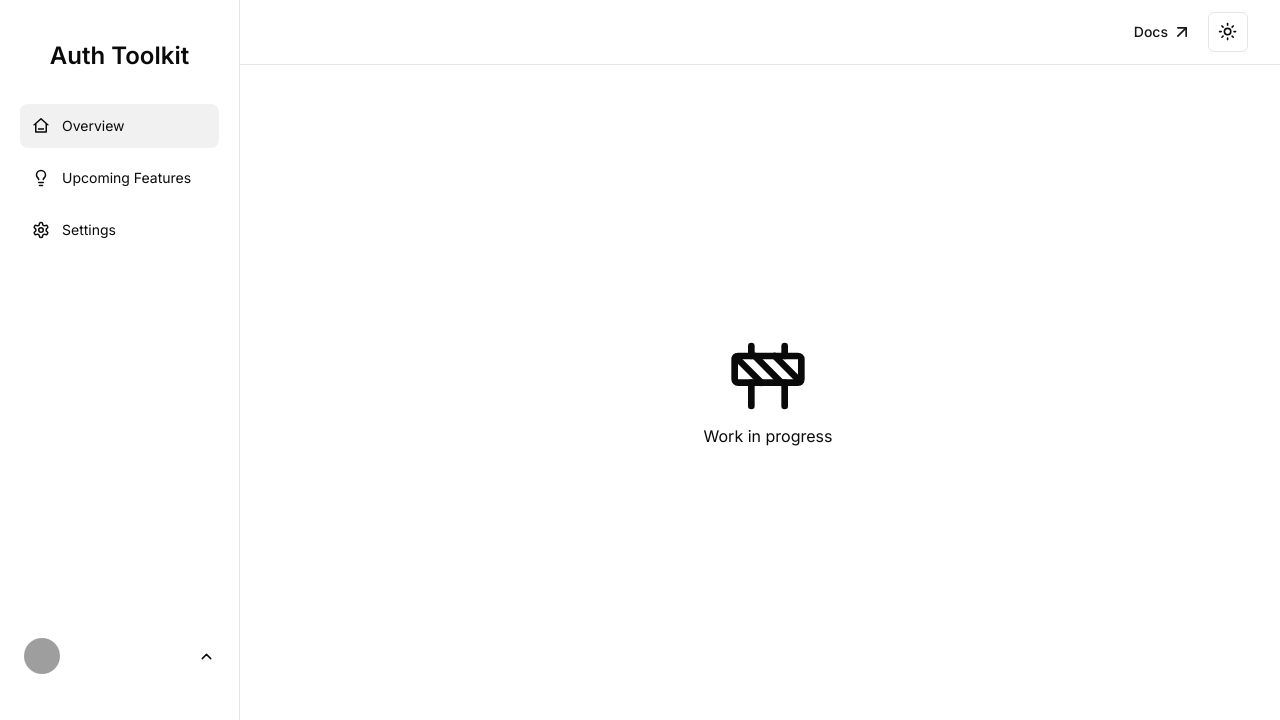
Repository: nickgoel31/authentication-toolkit
Page: /dashboard
The author's editor kept a copy of each file at every save. The page is drawn from the files as they stood at one save, then again after the next save.
The browser window is 1280 px wide. The pictures show the whole page.
Pictures or frames that could not be fetched are drawn as grey boxes. The page's requests for data from a server got no answer. The project was rebuilt for these pictures with package versions that can differ from the ones it lists, and the page was loaded fresh each time. The framework's server and built-in components were replaced by stand-ins that run in the browser. No one was signed in, and anything a server would have sent is missing. Also part of the build but not shown: next.config.mjs.

Above is the page before, as saved 2024-02-05 20:42:03.

After the next save:
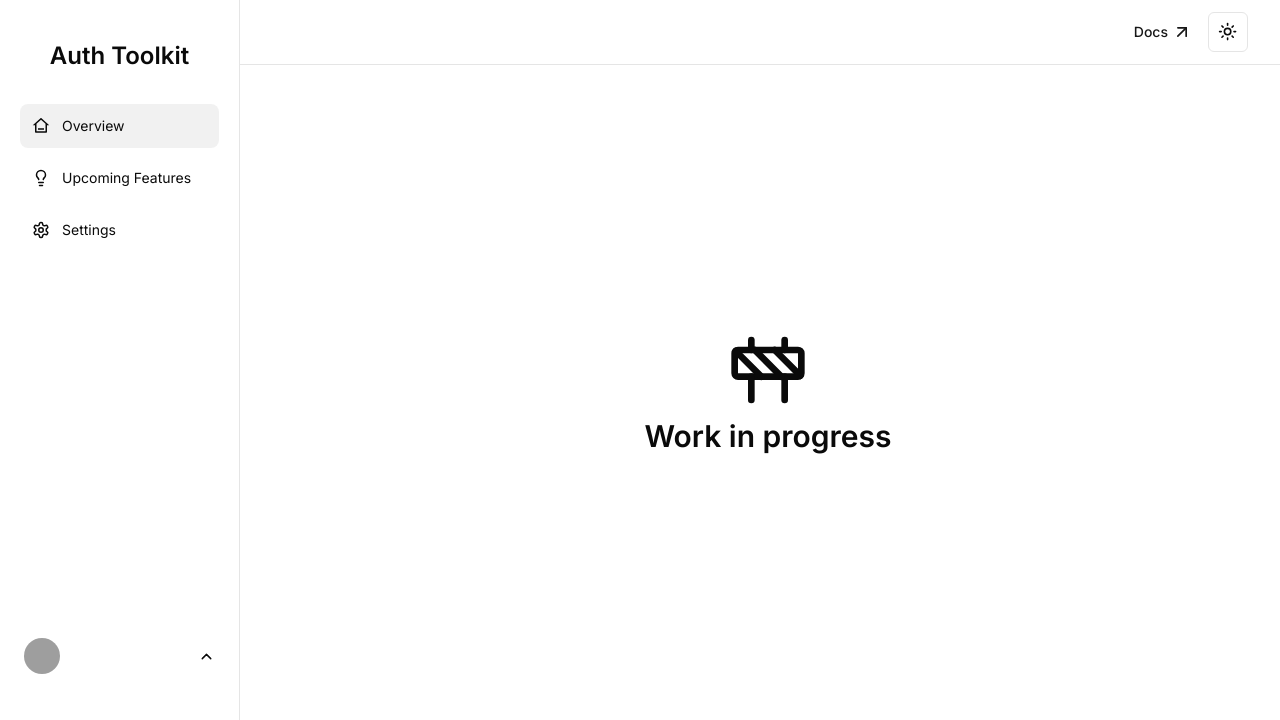
Saved 13 s later.
--- a/app/(protected)/dashboard/page.tsx
+++ b/app/(protected)/dashboard/page.tsx
@@ -8,7 +8,7 @@ const DashboardPage = async () => {
   return (
     <div className='h-full flex flex-col items-center justify-center w-full gap-2'>
       <Construction size={80}/>
-      <h2>Work in progress</h2>
+      <h2 className='font-semibold text-3xl'>Work in progress</h2>
     </div>
   )
 }
